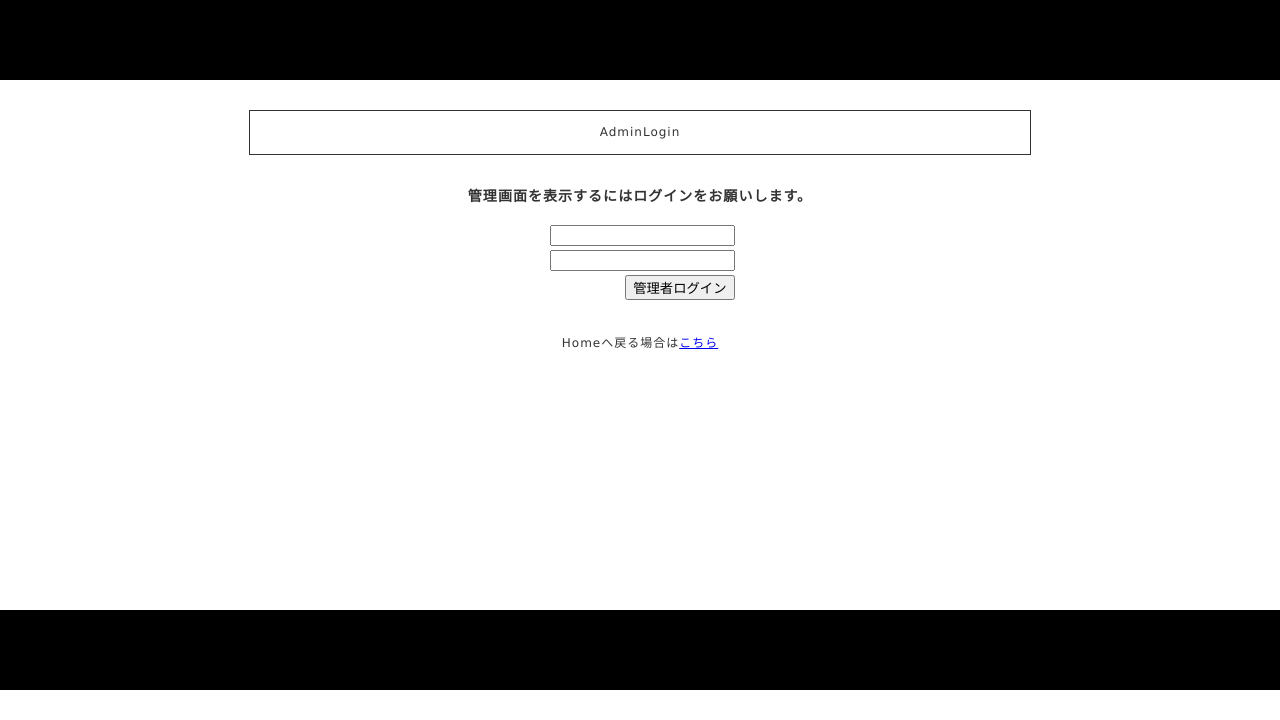
Repository: hoshikagi96/backup
Page: http://localhost/ecsite/adminLogin.jsp
An editor plug-in stored every save of this project. The page is shown before and after the next save, followed by the edit.
The browser window is 1280 px wide. The pictures show the whole page.
The page is served by Tomcat 9. Other server files are loaded and not shown.

Above is the page before, as saved 2018-03-07 12:27:43.

### backup/workspase2/ecsite/WebContent/adminLogin.jsp
<%@ page language="java" contentType="text/html; charset=UTF-8"
    pageEncoding="UTF-8"%>
<%@ taglib prefix="s" uri="/struts-tags" %>
<!DOCTYPE html>
<html>
<head>
  <meta http-equiv="Content-Type" content="text/html; charset=UTF-8" />
  <meta http-equiv="Content-Style-Type" content="text/css" />
  <meta http-equiv="Content-Script-Type" content="text/javascript" />
  <meta http-equiv="imagetoolbar" content="no" />
  <meta name="description" content="" />
  <meta name="keywords" content="" />
  <title>AdminLogin画面</title>

  <style type="text/css">
    body{
      margin:0;
      padding:0;
      line-height:1.6;
      letter-spacing:1px;
      font-family:Verdana,Helvetica,sans-serif;
      font-size:12px;
      color:#333;
      backgroud:#fff;
    }
    table{
      text-align:center;
      margin:0 auto;
    }
    #top{
      width:780px;
      margin:30px auto;
      border:1px solid #333;
    }
    #header{
      width:100%;
      height:80px;
      background-color:black;
    }
    #main{
      width:100%;
      height:500px;
      text-align:center;
    }
    #footer{
      width:100%;
      height:80px;
      background-color:black;
      clear:both;
    }
    #text-link{
      display:inline-block;
      text-align:right;
    }
  </style>
</head>
<body>
  <div id="header">
    <div id="pr"></div>
  </div>
  <div id="main">
    <div id="top">
      <p>AdminLogin</p>
    </div>
    <div>
      <h3>管理画面を表示するにはログインをお願いします。</h3>
      <s:form action="AdminLoginAction" >
        <s:textfield name="loginAdminId" />
        <s:password name="loginAdminPassword" />
        <s:submit value="管理者ログイン" />
      </s:form>
      <br/>
      <div id="text-link">

        <p>Homeへ戻る場合は<a href='<s:url action="GoHomeAction" />'>こちら</a></p>
      </div>
    </div>
  </div>
  <div id="footer">
   <div id="pr"></div>
  </div>

</body>
</html>

After the next save:
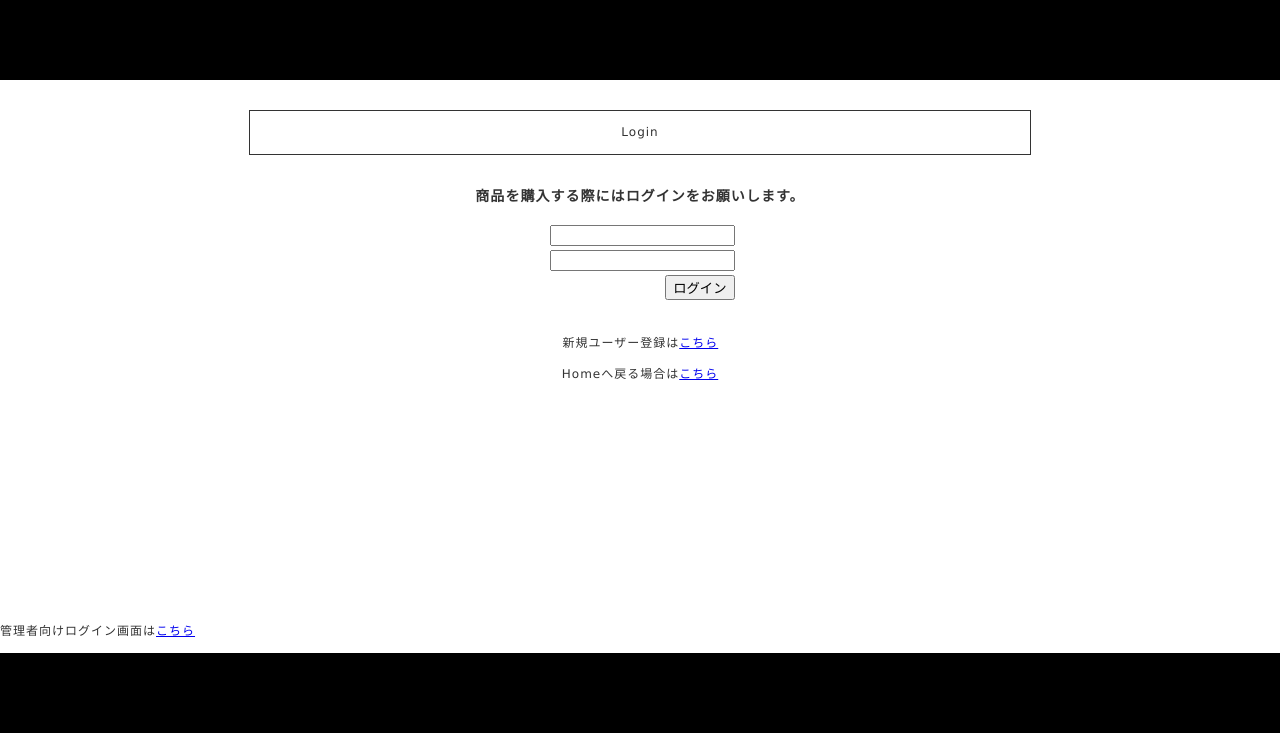
Saved 89 s later.
--- a/backup/workspase2/ecsite/WebContent/adminLogin.jsp
+++ b/backup/workspase2/ecsite/WebContent/adminLogin.jsp
@@ -60,22 +60,23 @@
   </div>
   <div id="main">
     <div id="top">
-      <p>AdminLogin</p>
+      <p>Login</p>
     </div>
     <div>
-      <h3>管理画面を表示するにはログインをお願いします。</h3>
-      <s:form action="AdminLoginAction" >
-        <s:textfield name="loginAdminId" />
-        <s:password name="loginAdminPassword" />
-        <s:submit value="管理者ログイン" />
+      <h3>商品を購入する際にはログインをお願いします。</h3>
+      <s:form action="LoginAction">
+        <s:textfield name="loginUserId" />
+        <s:password name="loginPassword" />
+        <s:submit value="ログイン" />
       </s:form>
       <br/>
       <div id="text-link">
-
+        <p>新規ユーザー登録は<a href='<s:url action="UserCreateAction" />'>こちら</a></p>
         <p>Homeへ戻る場合は<a href='<s:url action="GoHomeAction" />'>こちら</a></p>
       </div>
     </div>
   </div>
+  <p>管理者向けログイン画面は<a href='<s:url action="AdminLoginAction" />'>こちら</a></p>
   <div id="footer">
    <div id="pr"></div>
   </div>
